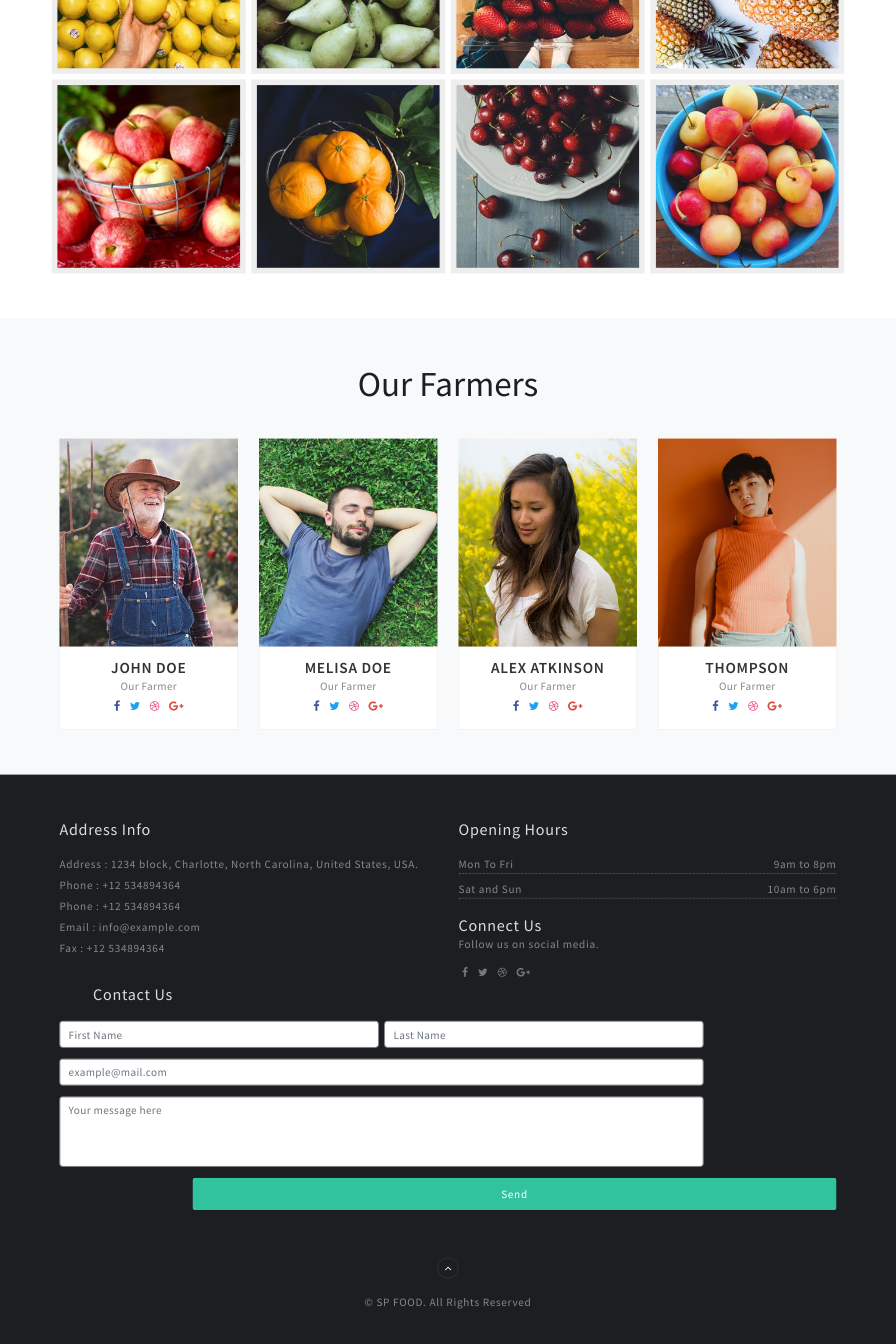
Repository: httpamit/SP-Food
Page: index.html
An editor plug-in stored every save of this project. The page is shown before and after the next save, followed by the edit.
The browser window is 1280 px wide. The pictures show the part of the page from y = 3152 to 5072 px (the page is 5072 px tall), at 70% of full size.
Backgrounds fixed to the window are drawn as part of the page.

Above is the page before, as saved 2019-02-07 23:23:33.

### index.html
<!DOCTYPE html>
<html lang="en">
<head>
<title>Fruit Farm Agriculture Category Flat Bootstrap Responsive Website Template | Home : W3layouts</title>

	<!-- Meta tag Keywords -->
	<meta name="viewport" content="width=device-width, initial-scale=1">
	<meta charset="utf-8">
	<meta name="keywords" content="Agriculture Responsive web template, Bootstrap Web Templates, Flat Web Templates, Android Compatible web template,
	Smartphone Compatible web template, free webdesigns for Nokia, Samsung, LG, SonyEricsson, Motorola web design" />
	<script type="application/x-javascript">
		addEventListener("load", function () {
			setTimeout(hideURLbar, 0);
		}, false);

		function hideURLbar() {
			window.scrollTo(0, 1);
		}
	</script>
	<!--// Meta tag Keywords -->

	<!-- css files -->
	<link rel="stylesheet" href="css/bootstrap.css"> <!-- Bootstrap-Core-CSS -->
	<link rel="stylesheet" href="css/style.css" type="text/css" media="all" /> <!-- Style-CSS -->
	<link rel="stylesheet" href="css/font-awesome.min.css"> <!-- Font-Awesome-Icons-CSS -->
	<!-- //css files -->

	<!--web font-->
	<link href="//fonts.googleapis.com/css?family=Source+Sans+Pro:200,200i,300,300i,400,400i,600,600i,700,700i,900,900i&amp;subset=cyrillic,cyrillic-ext,greek,greek-ext,latin-ext,vietnamese" rel="stylesheet">
	<!--//web font-->

</head>

<body>

<!-- header -->
<header>
	<div class="container" id="home">
		<nav class="">
			<div id="logo">
				<h1> <a href="index.html" class="editContent" data-selector=".editContent"><span class="fa fa-home"></span> SP FOOD</a></h1>
			</div>
			<div class="mx-auto">
				<ul class="menu mt-lg-4">
					<li class=" mr-lg-2 mr-1 active"><a href="#">Home</a></li>
					<li class=" mr-lg-2 mr-1"><a href="#about">About</a></li>
					<li class=" mr-lg-2 mr-1"><a href="#services">Services</a></li>
					<li class="dropdown-menu-padding">
					<!-- First Tier Drop Down -->
					<a href="#agricultural">Agricultural</a>
					</li>
					<li><a href="#gallery">Gallery</a></li>
					<li><a href="#contact">Contact</a></li>
					<li class="buttons ml-lg-3">
						<p><span class="fa mr-1 fa-phone"></span> +12 445 8976 2334</p>
					</li>
				</ul>
			</div>
		</nav>
	</div>
</header>
<!-- //header -->

<div class="csslider infinity" id="slider1">
  <input type="radio" name="slides" checked="checked" id="slides_1"/>
  <input type="radio" name="slides" id="slides_2"/>
  <input type="radio" name="slides" id="slides_3"/>
  <input type="radio" name="slides" id="slides_4"/>
  <ul>
    <li>
		<div id="bg">
			<div class="container">
				<div class="banner-text">
				  <h6> Fresh Agriculture Products</h6>
				  <h3> We Serve Fresh and Juicy Fruits From Our Farm</h3>
				</div>
			</div>
		</div>
    </li>
    <li>
        <div id="bg1">
			<div class="container">
				<div class="banner-text">
				  <h6> Fresh Agriculture Products</h6>
				  <h3> We Serve Fresh and Juicy Fruits From Our Farm</h3>
				</div>
			</div>
        </div>
    </li>
    <li>
		<div id="bg2">
			<div class="container">
				<div class="banner-text">
				  <h6> Fresh Agriculture Products</h6>
				  <h3> We Serve Fresh and Juicy Fruits From Our Farm</h3>
				</div>
			</div>
        </div>
    </li>
    <li>
		<div id="bg3">
			<div class="container">
				<div class="banner-text">
				  <h6> Fresh Agriculture Products</h6>
				  <h3> We Serve Fresh and Juicy Fruits From Our Farm</h3>
				</div>
			</div>
		</div>
    </li>

  </ul>
  <div class="arrows">
    <label for="slides_1"></label>
    <label for="slides_2"></label>
    <label for="slides_3"></label>
    <label for="slides_4"></label>
  </div>
  <div class="navigation">
    <div>
      <label for="slides_1"></label>
      <label for="slides_2"></label>
      <label for="slides_3"></label>
      <label for="slides_4"></label>
    </div>
  </div>
</div>

<!-- //banner -->

<!-- about -->
<section class="about py-5" id="about">
	<div class="container py-md-3">
		<h3 class="heading text-center mb-md-5 mb-4">Few Words About our farm</h3>
		<div class="row about-grids agile-info">
			<div class="col-lg-6 mb-lg-0   mb-5">
				<h4 class="mb-4">Welcome to our Organic Fruit - we serve all types of seasonal fruits</h3>
				<p class="mb-4">Cras blandit nibh ut pretium elementum. Duis bibendum convallis nun cael dictum. Quisquen ac ipsum porta, ultrices metus sit amet, curs in nisl. Dui aliquet varius sem sit amet convallis nun ca dictum. Cras blandit nibh ut pretium elementum. Duis bibendum convallis nun ca dictum aliquet.</p>
				<p class="text-capitalize"> <span class="fa fa-check"></span> Duis bibendum convallis blandit dictum.</p>
				<p class=" text-capitalize"> <span class="fa fa-check"></span> Cras blandit nibh blandit pretium dolor ipsum.</p>
				<p class="text-capitalize mb-3"> <span class="fa fa-check"></span> Bibendum convallis nun ca dictum elementum ipsum elit.</p>
				<a href="#popup1">Read More </a>
			</div>
			<div class="col-lg-6 col-md-8   pr-md-0">
				<img src="images/about.jpg" class="img-fluid" />
			</div>
		</div>
	</div>
</section>
<!-- //about -->

<!-- how we work -->
<section class="work">
	<div class="work-layer py-5">
	<div class="container py-md-3">
		<h3 class="heading text-center mb-lg-5 text-white mb-4">How We Work</h3>
		<div class="row text-center join agile-info">
			<div class="col-lg-4 col-md-6 steps-reach  ">
				<span class="fa fa-cogs"></span>
				<h4>Step 1</h4>
				<p>Pretium elementum. Duis bibendum convallis nun ca dictum convallis nun ca dictum. Cras blandit nibh ut aliquet varius sem sit amet convallis.</p>
			</div>
			<div class="col-lg-4 col-md-6 mt-md-0 mt-5 steps-reach  ">
				<span class="fa fa-cubes"></span>
				<h4>Step 2</h4>
				<p>Pretium elementum. Duis bibendum convallis nun ca dictum convallis nun ca dictum. Cras blandit nibh ut aliquet varius sem sit amet convallis.</p>
			</div>
			<div class="col-lg-4 col-md-6 mt-lg-0 mt-5 steps-reach  ">
				<span class="fa fa-cart-arrow-down" aria-hidden="true"></span>
				<h4>Step 3</h4>
				<p>Pretium elementum. Duis bibendum convallis nun ca dictum convallis nun ca dictum. Cras blandit nibh ut aliquet varius sem sit amet convallis.</p>
			</div>
		</div>
	</div>
	</div>
</section>
<!-- //how we work -->

<!-- services -->
<section class="services py-5" id="services">
	<div class="container py-md-5">
		<h3 class="heading text-center mb-lg-5 mb-4">Our Services</h3>
		<div class="row text-center join agile-info">
			<div class="col-lg-4 col-md-6 steps-reach service-box">
				<span class="fa fa-cogs"></span>
				<h4>Step 1</h4>
				<p>Pretium elementum. Duis bibendum convallis nun ca dictum convallis nun ca dictum. Cras blandit nibh ut aliquet varius sem sit amet convallis.</p>
			</div>
			<div class="col-lg-4 col-md-6 mt-md-0 mt-5 steps-reach service-box ">
				<span class="fa fa-cubes"></span>
				<h4>Step 2</h4>
				<p>Pretium elementum. Duis bibendum convallis nun ca dictum convallis nun ca dictum. Cras blandit nibh ut aliquet varius sem sit amet convallis.</p>
			</div>
			<div class="col-lg-4 col-md-6 mt-lg-0 mt-5 steps-reach service-box right-border ">
				<span class="fa fa-cart-arrow-down" aria-hidden="true"></span>
				<h4>Step 3</h4>
				<p>Pretium elementum. Duis bibendum convallis nun ca dictum convallis nun ca dictum. Cras blandit nibh ut aliquet varius sem sit amet convallis.</p>
			</div>
		</div>
	</div>
	</div>
</section>
<!-- //how we work -->

<!-- facts -->
<section class="service-bottom bg py-5" id="agricultural">
	<div class="container">
		<!-- Counter -->
		<div class="py-lg-5 py-3">
			<h3 class="heading text-center text-white mb-lg-5 mb-4">Agricultural Facts</h3>
			<div class="row ">
				<div class="col-md-3 text-center col-6 agileits_w3layouts_about_counter_left  ">
					<div class="counterinfo agile-info">
						<p class="counter">146</p>
						<h3>Business Growth</h3>
					</div>
				</div>
				<div class="col-md-3 text-center col-6 agileits_w3layouts_about_counter_left  ">
					<div class="counterinfo agile-info">
						<p class="counter">1500</p>
						<h3>Fruits Supplied</h3>
					</div>
				</div>
				<div class="col-md-3 text-center col-6 agileits_w3layouts_about_counter_left   mt-md-0 mt-4">
					<div class="counterinfo agile-info">
						<p class="counter">15+</p>
						<h3>Years Experience</h3>
					</div>
				</div>
				<div class="col-md-3 text-center col-6 agileits_w3layouts_about_counter_left   mt-md-0 mt-4">
					<div class="counterinfo agile-info">
						<p class="counter">150+</p>
						<h3>Agriculture Farmers</h3>
					</div>
				</div>
			</div>
		</div>
		<!-- //Counter -->
	</div>
</section>
<!-- //facts -->

<!-- gallery -->
<section class="gallery py-5" id="gallery">
	<div class="container py-3">
		<h3 class="heading text-center mb-lg-5 mb-4">Our Gallery</h3>
		<div class="row gallery_grid-more project-grids w3ls">
			<div class="col-lg-3 col-md-4 col-6 px-1 w3layoutsits_w3layouts_gallery_grid1">
				<div class="gallery-border">
					<a href="#popup2">
						<img src="images/g1.jpg" alt=" " class="img-fluid" />
					</a>
				</div>
			</div>
			<div class="col-lg-3 col-md-4 col-6 px-1 w3layoutsits_w3layouts_gallery_grid1">
				<div class="gallery-border">
					<a href="#popup3">
						<img src="images/g2.jpg" alt=" " class="img-fluid" />
					</a>
				</div>
			</div>
			<div class="col-lg-3 col-md-4 col-6 px-1 w3layoutsits_w3layouts_gallery_grid1 mt-md-0 mt-2">
				<div class="gallery-border">
					<a href="#popup4">
						<img src="images/g3.jpg" alt=" " class="img-fluid" />
					</a>
				</div>
			</div>
			<div class="col-lg-3 col-md-4 col-6 px-1 w3layoutsits_w3layouts_gallery_grid1 mt-lg-0 mt-2">
				<div class="gallery-border">
					<a href="#popup5">
						<img src="images/g4.jpg" alt=" " class="img-fluid" />
					</a>
				</div>
			</div>
			<div class="col-lg-3 col-md-4 col-6 px-1 w3layoutsits_w3layouts_gallery_grid1 mt-2 ">
				<div class="gallery-border">
					<a href="#popup6">
						<img src="images/g5.jpg" alt=" " class="img-fluid" />
					</a>
				</div>
			</div>
			<div class="col-lg-3 col-md-4 col-6 px-1 w3layoutsits_w3layouts_gallery_grid1 mt-2">
				<div class="gallery-border">
					<a href="#popup7">
						<img src="images/g6.jpg" alt=" " class="img-fluid" />
					</a>
				</div>
			</div>
			<div class="col-lg-3 col-md-4 col-6 px-1 w3layoutsits_w3layouts_gallery_grid1 mt-2">
				<div class="gallery-border">
					<a href="#popup8">
						<img src="images/g7.jpg" alt=" " class="img-fluid" />
					</a>
				</div>
			</div>
			<div class="col-lg-3 col-md-4 col-6 px-1 w3layoutsits_w3layouts_gallery_grid1 mt-2">
				<div class="gallery-border">
					<a href="#popup9">
						<img src="images/g8.jpg" alt=" " class="img-fluid" />
					</a>
				</div>
			</div>
		</div>
	</section>

<!-- popup for gallery -->
<div id="popup2" class="overlay">
	<div class="popup1">
		<img src="images/g1.jpg" alt="Popup Image" class="img-fluid" />
	<a class="close" href="#gallery">&times;</a>
	</div>
</div>

<div id="popup3" class="overlay">
	<div class="popup1">
		<img src="images/g2.jpg" alt="Popup Image" class="img-fluid" />
	<a class="close" href="#gallery">&times;</a>
	</div>
</div>

<div id="popup4" class="overlay">
	<div class="popup1">
		<img src="images/g3.jpg" alt="Popup Image" class="img-fluid" />
	<a class="close" href="#gallery">&times;</a>
	</div>
</div>

<div id="popup5" class="overlay">
	<div class="popup1">
		<img src="images/g4.jpg" alt="Popup Image" class="img-fluid" />
	<a class="close" href="#gallery">&times;</a>
	</div>
</div>

<div id="popup6" class="overlay">
	<div class="popup1">
		<img src="images/g5.jpg" alt="Popup Image" class="img-fluid" />
	<a class="close" href="#gallery">&times;</a>
	</div>
</div>

<div id="popup7" class="overlay">
	<div class="popup1">
		<img src="images/g6.jpg" alt="Popup Image" class="img-fluid" />
	<a class="close" href="#gallery">&times;</a>
	</div>
</div>
<div id="popup8" class="overlay">
	<div class="popup1">
		<img src="images/g7.jpg" alt="Popup Image" class="img-fluid" />
	<a class="close" href="#gallery">&times;</a>
	</div>
</div>
<div id="popup9" class="overlay">
	<div class="popup1">
		<img src="images/g8.jpg" alt="Popup Image" class="img-fluid" />
	<a class="close" href="#gallery">&times;</a>
	</div>
</div>
<!-- //popup for gallery -->

</div>
<!-- //gallery -->

<!-- team -->
<section class="team bg-light py-5" id="team">
	<div class="container py-md-3">
		<h3 class="heading text-center mb-lg-5 mb-4">Our Farmers</h3>
		<div class="row team-grids">
			<div class="col-lg-3 col-sm-6 mb-lg-0 mb-4 team-grid  ">
				<div class="team-members">
					<img src="images/t1.jpg" class="img-fluid" alt="image">
					<div class="team-desc py-3 text-center agile-info">
						<h4 class="">John Doe</h4>
						<span>Our Farmer</span>
						<ul class="social">
							<li><a href="#"><span class="fa fa-facebook icon_facebook"></span></a></li>
							<li><a href="#"><span class="fa fa-twitter icon_twitter"></span></a></li>
							<li><a href="#"><span class="fa fa-dribbble icon_dribbble"></span></a></li>
							<li><a href="#"><span class="fa fa-google-plus icon_g_plus"></span></a></li>
						</ul>
					</div>
				</div>
			</div>
			<div class="col-lg-3 col-sm-6 mb-lg-0 mb-4 team-grid  ">
				<div class="team-members">
					<img src="images/t2.jpg" class="img-fluid" alt="image">
					<div class="team-desc py-3 text-center agile-info">
						<h4 class="">Melisa Doe</h4>
						<span>Our Farmer</span>
						<ul class="social">
							<li><a href="#"><span class="fa fa-facebook icon_facebook"></span></a></li>
							<li><a href="#"><span class="fa fa-twitter icon_twitter"></span></a></li>
							<li><a href="#"><span class="fa fa-dribbble icon_dribbble"></span></a></li>
							<li><a href="#"><span class="fa fa-google-plus icon_g_plus"></span></a></li>
						</ul>
					</div>
				</div>
			</div>
			<div class="col-lg-3 col-sm-6 mb-sm-0 mb-4 team-grid  ">
				<div class="team-members">
					<img src="images/t3.jpg" class="img-fluid" alt="image">
					<div class="team-desc py-3 text-center agile-info">
						<h4 class="">Alex Atkinson</h4>
						<span>Our Farmer</span>
						<ul class="social">
							<li><a href="#"><span class="fa fa-facebook icon_facebook"></span></a></li>
							<li><a href="#"><span class="fa fa-twitter icon_twitter"></span></a></li>
							<li><a href="#"><span class="fa fa-dribbble icon_dribbble"></span></a></li>
							<li><a href="#"><span class="fa fa-google-plus icon_g_plus"></span></a></li>
						</ul>
					</div>
				</div>
			</div>
			<div class="col-lg-3 col-sm-6 team-grid  ">
				<div class="team-members">
					<img src="images/t4.jpg" class="img-fluid" alt="image">
					<div class="team-desc py-3 text-center agile-info">
						<h4 class="">Thompson</h4>
						<span>Our Farmer</span>
						<ul class="social">
							<li><a href="#"><span class="fa fa-facebook icon_facebook"></span></a></li>
							<li><a href="#"><span class="fa fa-twitter icon_twitter"></span></a></li>
							<li><a href="#"><span class="fa fa-dribbble icon_dribbble"></span></a></li>
							<li><a href="#"><span class="fa fa-google-plus icon_g_plus"></span></a></li>
						</ul>
					</div>
				</div>
			</div>
		</div>
	</div>
</section>
<!-- //team -->

<!-- footer -->
<footer class="py-5" id="contact">
	<div class="container pt-md-3">
		<div class="row ">
		<div class="col-lg-6">
            <h3 class="mb-4">Address Info</h3>
			<div class="footer-text">
				<p>Address : 1234 block, Charlotte, North Carolina, United States, USA.</p>
				<p class="mt-1">Phone : +12 534894364</p>
				<p class="mt-1">Phone : +12 534894364</p>
				<p class="my-1">Email : <a href="mailto:info@example.com">info@example.com</a></p>
				<p>Fax : +12 534894364</p>
			</div>
		</div>
		<div class="col-lg-6">
            <h3 class="mb-4">Opening Hours</h3>
			<div class="timings">
				<p class="mb-2">Mon To Fri<span> 9am to 8pm </span></p>
				<p class="">Sat and Sun<span> 10am to 6pm </span></p>
			</div>
            <h3 class="mt-4">Connect Us</h3>
			<p class="mt-6">Follow us on social media.</p>
			<ul class="social mt-2">
				<li><a href="#"><span class="fa fa-facebook icon_facebook"></span></a></li>
				<li><a href="#"><span class="fa fa-twitter icon_twitter"></span></a></li>
				<li><a href="#"><span class="fa fa-dribbble icon_dribbble"></span></a></li>
				<li><a href="#"><span class="fa fa-google-plus icon_g_plus"></span></a></li>
			</ul>
		</div>
	</div>
	<div class="row">
		<div class="col-lg-12">
			<h3 class="mb-4 ml-md-5"> Contact Us</h3>
			<form action="#" method="get" class="register-wthree">
				<div class="form-group">
					<div class="row">
						<div class="col-sm-5 pr-sm-1">
							<input class="form-control" type="text" placeholder="First Name" name="email" required="">
						</div>
						<div class="col-sm-5 pl-sm-1 pl-auto mt-sm-0 mt-2">
							<input class="form-control" type="text" placeholder="Last Name" name="email" required="">
						</div>
					</div>
				</div>
				<div class="form-group">
					<div class="row">
						<div class="col-sm-10">
							<input class="form-control" type="email" placeholder="example@mail.com" name="email" required="">
						</div>
					</div>
				</div>
				<div class="form-group">
					<div class="row">
						<div class="col-sm-10">
							<textarea placeholder="Your message here" class="form-control"></textarea>
						</div>
					</div>
				</div>
				<div class="row mt-3">
					<div class="offset-2"></div>
					<div class="col-sm-10">
						<button type="submit" class="btn btn-block w-100">Send</button>
					</div>
				</div>
			</form>
		</div>
	</div>
	<div class="copyright pt-sm-5 pt-4 text-center">
		<a href="#home" class="move-top scroll"><span class="fa fa-angle-up" aria-hidden="true"></span></a>
		<p>© SP FOOD. All Rights Reserved</p>
	</div>
</footer>
<!-- footer -->

<!-- popup for btn -->
<div id="popup1" class="overlay">
	<div class="popup">
		<img src="images/about.jpg" alt="Popup Image" class="img-fluid" />
		<p class="mt-4 editContent">Nulla viverra pharetra se, eget pulvinar neque pharetra ac int. placerat placerat dolor. Vestibulum at dui nunc. Nulla viverra pharetra sem, eget pulvinar neque pharetra ac int. lorem ipsum Vestibulum. placerat placerat dolor. Vestibulum at dui nunc. Nullam eu elit neque lectus.</p>
	<a class="close" href="#about">&times;</a>
	</div>
</div>
<!-- //popup for btn -->

</body>
</html>

Loaded but not shown: css/bootstrap.css (library); css/font-awesome.min.css (library); css/style.css (1492 lines, source omitted)

After the next save:
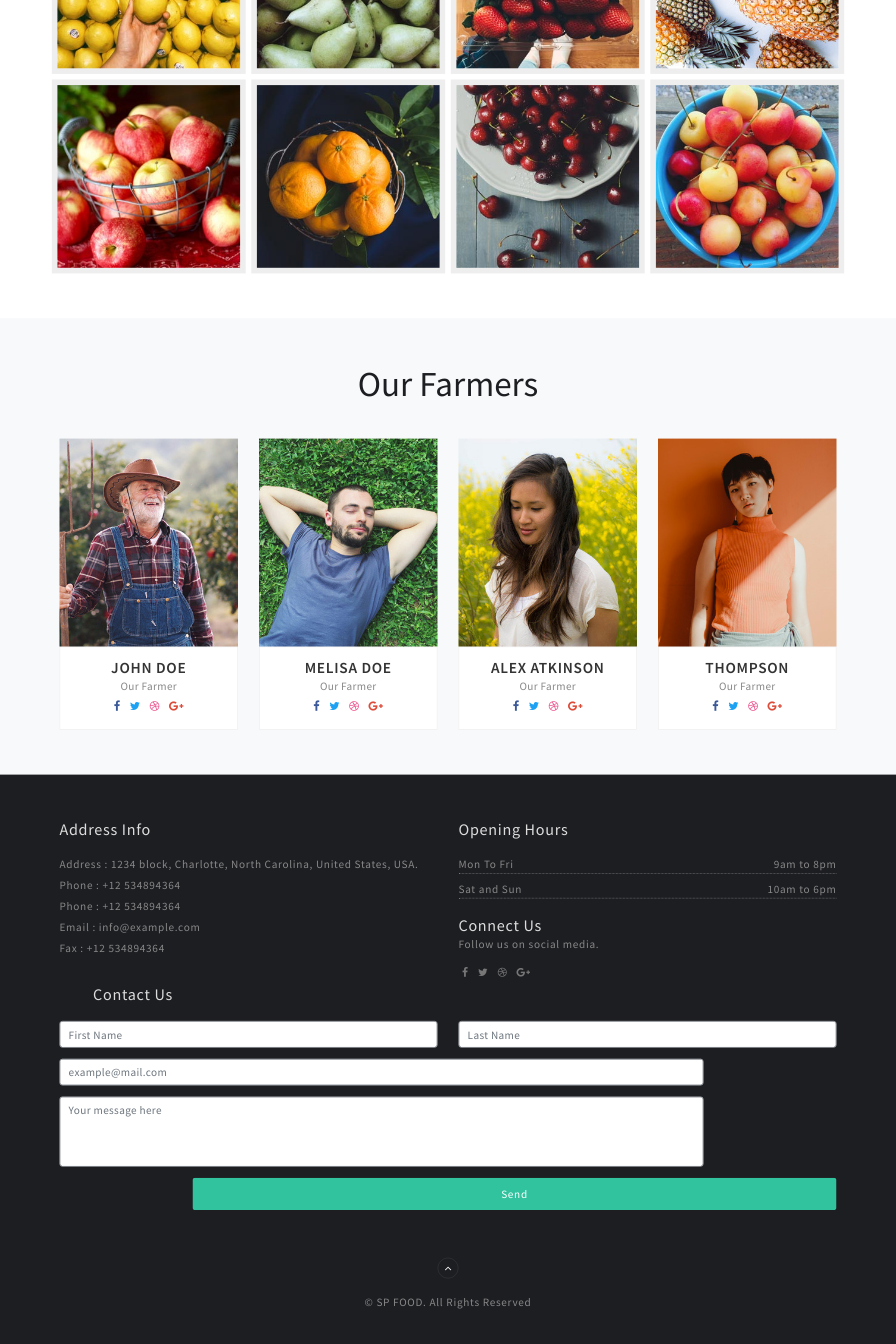
Saved 28 s later.
--- a/index.html
+++ b/index.html
@@ -468,10 +468,10 @@
 			<form action="#" method="get" class="register-wthree">
 				<div class="form-group">
 					<div class="row">
-						<div class="col-sm-5 pr-sm-1">
+						<div class="col-sm-6">
 							<input class="form-control" type="text" placeholder="First Name" name="email" required="">
 						</div>
-						<div class="col-sm-5 pl-sm-1 pl-auto mt-sm-0 mt-2">
+						<div class="col-sm-6">
 							<input class="form-control" type="text" placeholder="Last Name" name="email" required="">
 						</div>
 					</div>
